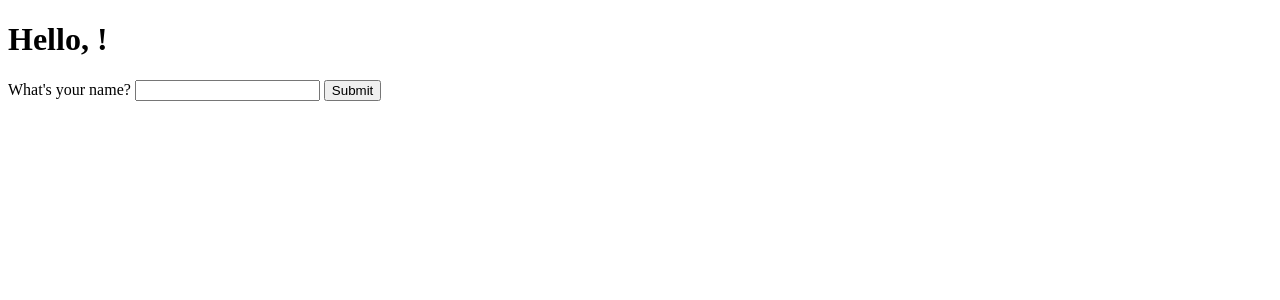
Repository: mpaya5/CS50x
Page: http://localhost/
The author's editor kept a record of every edit. The page is drawn from the files as they stood at one moment, then again after the next edit.
The browser window is 1280 px wide. The pictures show the whole page.
The page is served by the project's application, run on Flask 3 (pruebaFlask/hello/application.py).

Above is the page before.

### pruebaFlask/hello/templates/index.html
<!DOCTYPE html>
<html lang="en">
<head>
    <meta charset="UTF-8">
    <meta name="viewport" content="width=device-width, initial-scale=1.0">
    <title>Hello!</title>
</head>
<body>
    <h1>Hello, {{ name }}!</h1>
    <form action="/hello">
        What's your name? <input name="name" type="text">
        <input type="submit">
    </form>
</body>
</html>

### pruebaFlask/hello/application.py
import random

from flask import Flask, render_template, request

app = Flask(__name__)

@app.route("/")
def index():
    number = random.randint(0, 1)
    return render_template("index.html", number = number)

@app.route("/hello")
def hello():
    name = request.args.get("name")
    if not name:
        return render_template("failure.html")
    return render_template("hello.html", name=name)

After the next edit:
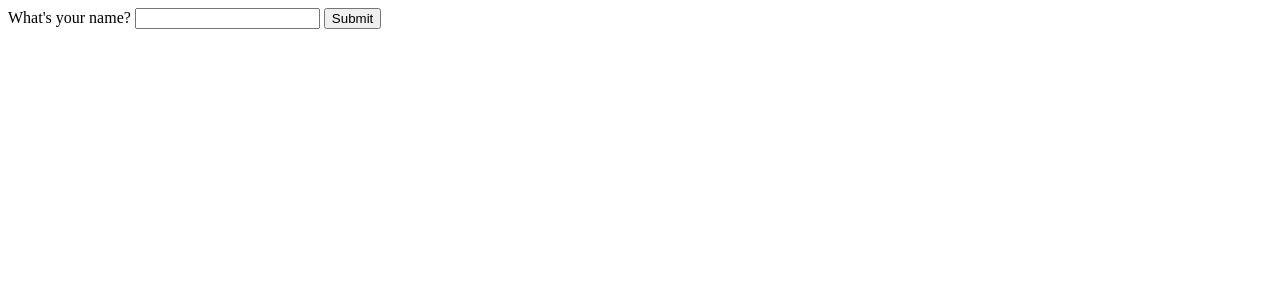
The edit:
--- a/pruebaFlask/hello/templates/index.html
+++ b/pruebaFlask/hello/templates/index.html
@@ -1,15 +1,5 @@
-<!DOCTYPE html>
-<html lang="en">
-<head>
-    <meta charset="UTF-8">
-    <meta name="viewport" content="width=device-width, initial-scale=1.0">
-    <title>Hello!</title>
-</head>
-<body>
-    <h1>Hello, {{ name }}!</h1>
+
     <form action="/hello">
         What's your name? <input name="name" type="text">
         <input type="submit">
     </form>
-</body>
-</html>
